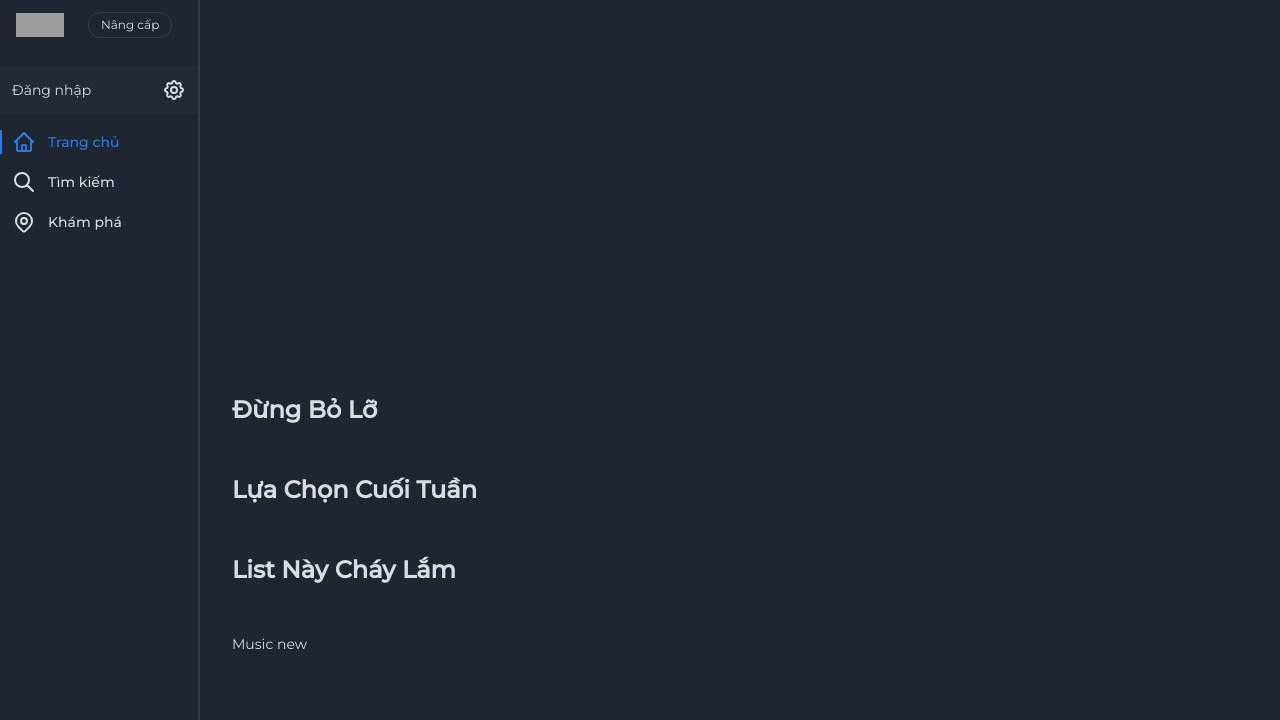
Repository: hoang0508/React-TypeScript-MP3
Page: /
An editor plug-in stored every save of this project. The page is shown before and after the next save, followed by the edit.
The browser window is 1280 px wide. The pictures show the whole page.
Pictures or frames that could not be fetched are drawn as grey boxes. The project was rebuilt for these pictures with package versions that can differ from the ones it lists, and the page was loaded fresh each time. Also part of the build but not shown: src/components/icon/IconDots.tsx, src/components/icon/IconDownLoad.tsx, src/components/icon/IconPlay.tsx, src/modules/music/MusicList.scss, src/modules/music/MusicItem.tsx.

Above is the page before, as saved 2022-07-30 15:08:30.

After the next save:
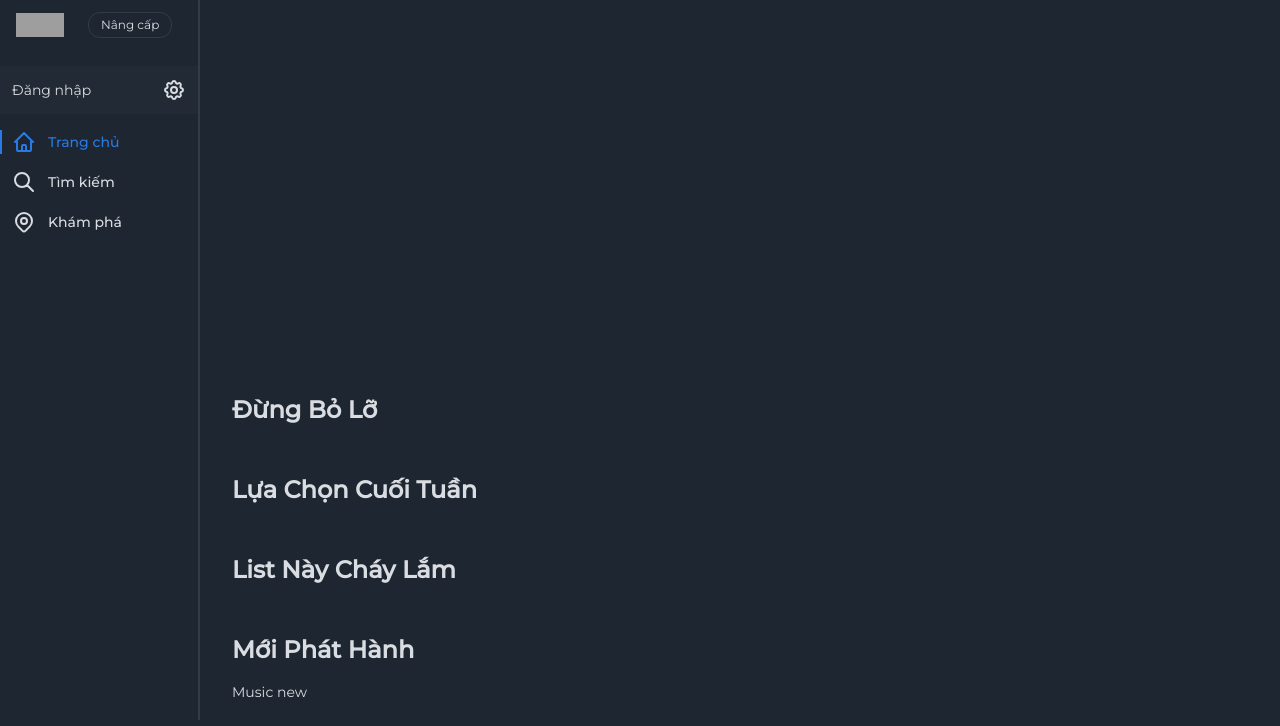
Saved 72 s later.
--- a/src/pages/HomePage.tsx
+++ b/src/pages/HomePage.tsx
@@ -27,6 +27,7 @@ export default function HomePage(props: HomePageProps) {
       <HeadingLine>List Này Cháy Lắm</HeadingLine>
       <MusicListFeed heading="fire"></MusicListFeed>
       <Gap />
+      <HeadingLine>Mới phát hành</HeadingLine>
       <HomeMusicNew></HomeMusicNew>
     </LayoutMusicPage>
   );
